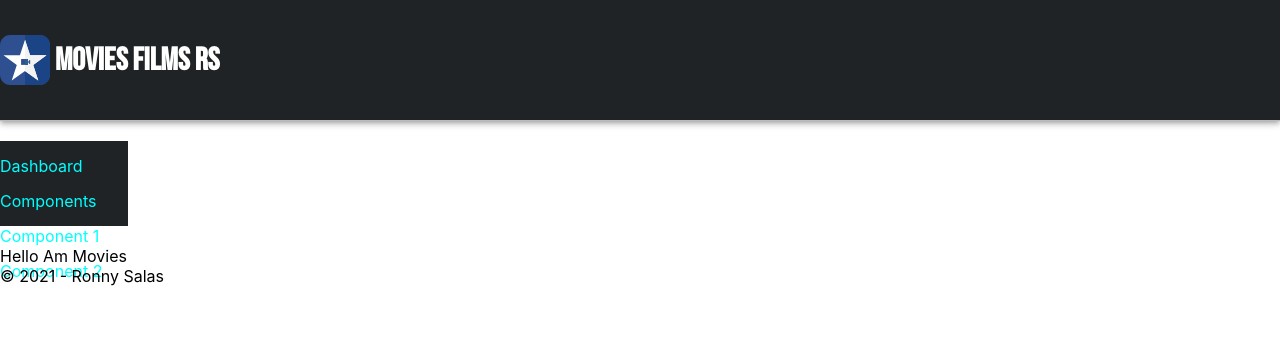
Repository: ronnysalas459/assigment-2
Page: /
The author's editor kept a copy of each file at every save. The page is drawn from the files as they stood at one save, then again after the next save.
The browser window is 1280 px wide. The pictures show the whole page.
The page's requests for data from a server got no answer. The project was rebuilt for these pictures with package versions that can differ from the ones it lists, and the page was loaded fresh each time. No one was signed in, and anything a server would have sent is missing. Also part of the build but not shown: src/contexts/DetailsContext.js, src/components/Details/index.js, src/components/NotFound/index.js.

Above is the page before, as saved 2021-08-29 20:08:16.

After the next save:
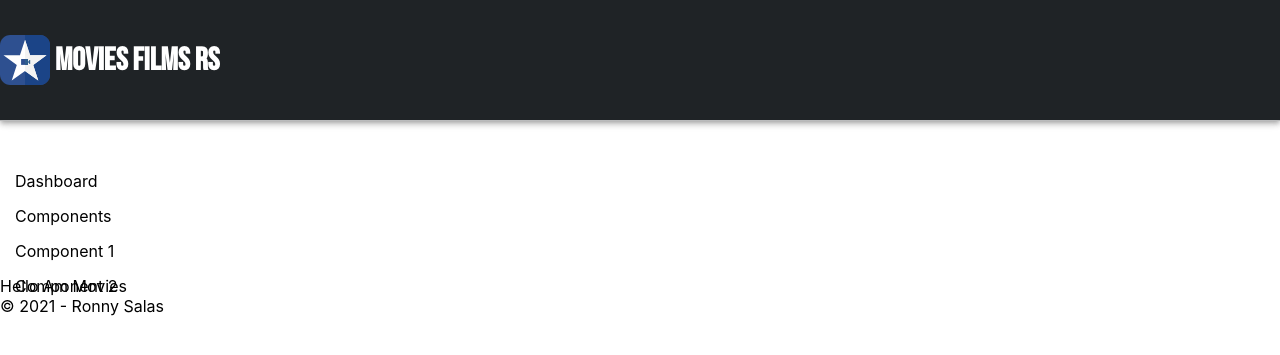
Saved 14 s later.
--- a/src/components/Common/SideBar.js
+++ b/src/components/Common/SideBar.js
@@ -4,7 +4,7 @@
 
 const SideBar = () => (
   <section className="content">
-    <aside className="sidebar">
+    <aside className="aside">
       <ProSidebar>
         <Menu iconShape="square">
           <MenuItem>Dashboard</MenuItem>
